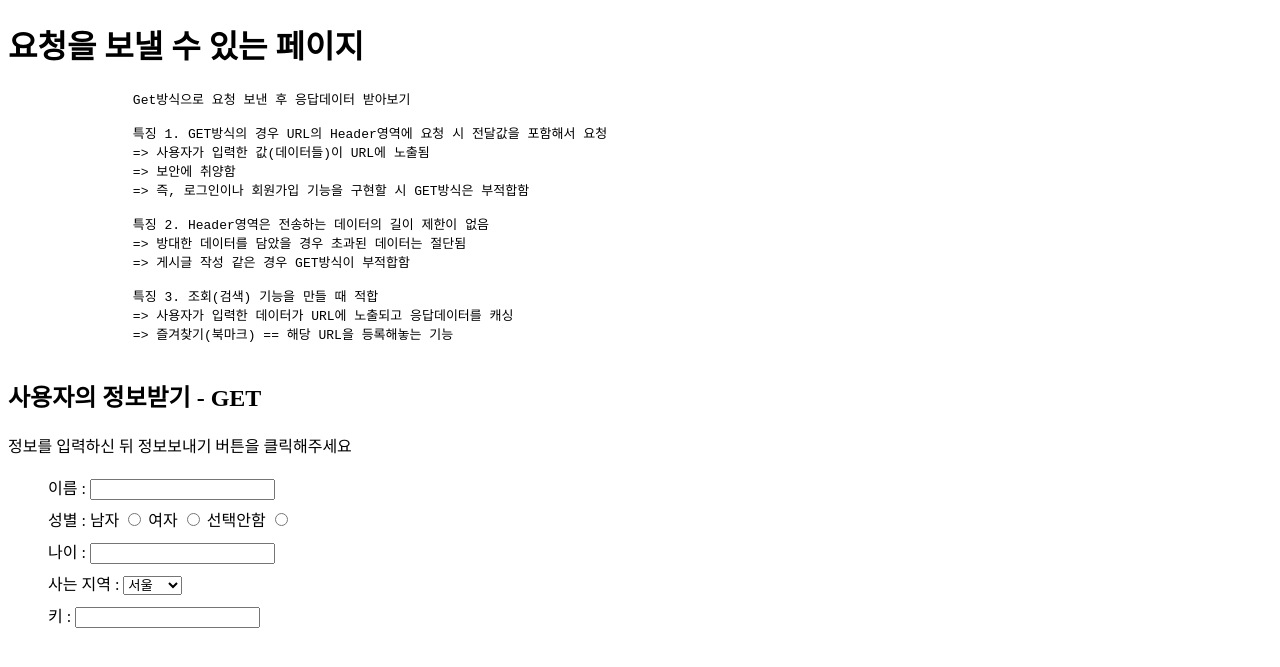
Repository: Simyoungdo04/dynamic-workspace
Page: FirstProject/src/main/webapp/views/request_get.html
An editor plug-in stored every save of this project. The page is shown before and after a run of saves, followed by the edit.
The browser window is 1280 px wide. The pictures show the whole page.

Above is the page before, as saved 2026-05-04 05:16:18.

After the next 2 saves:
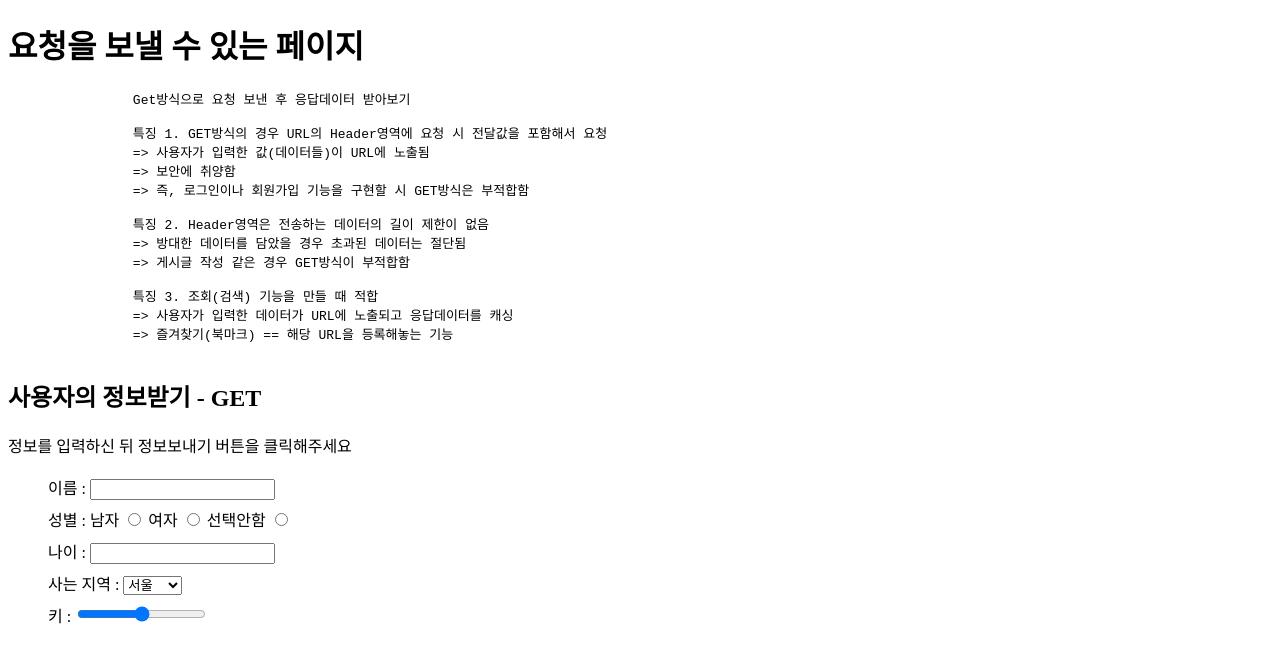
The 2 saves are shown as one change because they came seconds apart.
The last was saved 11 s later.
--- a/FirstProject/src/main/webapp/views/request_get.html
+++ b/FirstProject/src/main/webapp/views/request_get.html
@@ -55,7 +55,7 @@
 				</select>
 			</li>
 			<li>
-				키 : <input />
+				키 : <input type="range"/>
 			</li>
 			<li>
 
